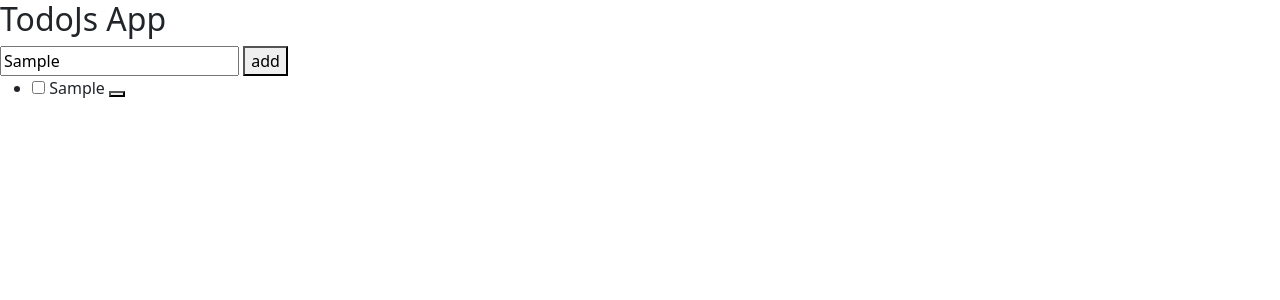
Repository: VladimirKasyanov/Todo
Page: index.html
The author's editor kept a copy of each file at every save. The page is drawn from the files as they stood at one save, then again after the next save.
The browser window is 1280 px wide. The pictures show the whole page.
Empty fields were first filled with sample values (such as "Sample", 5 or name@example.com).
After loading, the first visible `button.add` was clicked once.

Above is the page before, as saved 2024-05-16 17:17:23.
Console error: TypeError: Cannot read properties of undefined (reading 'removeButton')

### index.html
<!doctype html>
<html lang="en">
  <head>
    <meta charset="utf-8">
    <meta name="viewport" content="width=device-width, initial-scale=1">
    <title>Bootstrap demo</title>
    <link href="https://cdn.jsdelivr.net/npm/bootstrap@5.3.3/dist/css/bootstrap.min.css" rel="stylesheet" integrity="sha384-QWTKZyjpPEjISv5WaRU9OFeRpok6YctnYmDr5pNlyT2bRjXh0JMhjY6hW+ALEwIH" crossorigin="anonymous">
  </head>
  <body>
    <div>
    <h2>TodoJs App</h2>
    <form action="">
      <input type="text" name="" class="input__box">
      <button class="add" >add</button>
    </form>
      <div class="todo__li">
       <ul class="list">
        <!-- <li>123</li>
        <li>123</li>
        <li>123</li>
        <li>123</li>  -->
       </ul>
      </div>
    </div>
    <script src="https://cdn.jsdelivr.net/npm/bootstrap@5.3.3/dist/js/bootstrap.bundle.min.js" integrity="sha384-YvpcrYf0tY3lHB60NNkmXc5s9fDVZLESaAA55NDzOxhy9GkcIdslK1eN7N6jIeHz" crossorigin="anonymous"></script>
    <script src="todo.js"></script>
  </body>
</html>

### todo.js
// const form = document.querySelector('form');
const inputBox = document.querySelector('.input__box')
const addButton = document.querySelector('.add')
const list = document.querySelector('.list')
const listItem = document.createElement('li')
const newButton = document.createElement('button')


let todoList = [];

const name1 = (event) => {
    event.preventDefault();
    let newTodo = {
        description : inputBox.value,
        checked : false,
        remove : false,
        id : Date.now()
    };
    todoList.push(newTodo);
    console.log(todoList);
    displayList(todoList);
    removeTask(todoList);
    // allTask(todoList)
};

const displayList = (arr) => {
    list.innerHTML = '';
        arr.forEach((item, i) => {
            list.innerHTML +=
        `<li>
            <input type='checkbox' id='item_${i}'${item.checked ? 'checked' : ''}>
            <label for='item_${i}'>${item.description} </label>
                <button onClick='removeTask(this)' class = 'deleted'>
                </button>
        </li>`;
        // todo.innerHTML = displayList;
           });



};




const removeTask = (event) => {
    removeButton = document.querySelector('.delete');
    event.target.removeButton;

    // todoList.remove()
    // todoList.splice()

};


const checkAll = () => {

}

// const allTask = (counter) => {
//     if (todoList >= 0);
//         counter += 1;
//         createElement('button');
// }

addButton.addEventListener('click', name1);
newButton.addEventListener('click', removeTask)

After the next save:
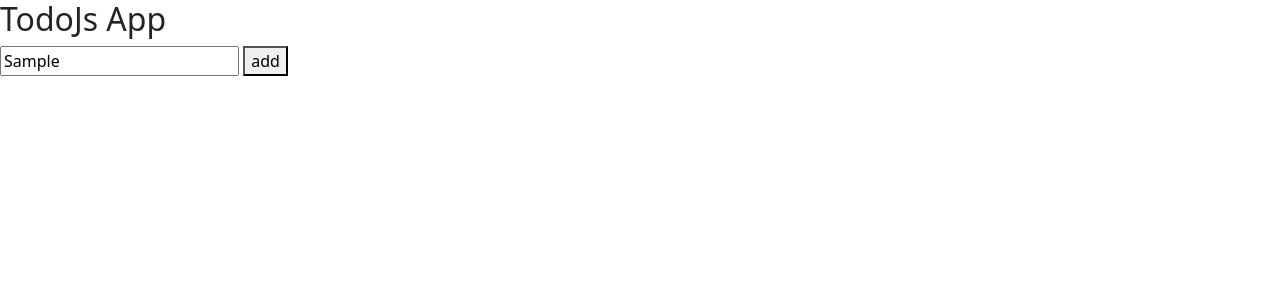
Console error: ReferenceError: id is not defined
Saved 7 min 43 s later.
--- a/todo.js
+++ b/todo.js
@@ -30,7 +30,7 @@
         `<li>
             <input type='checkbox' id='item_${i}'${item.checked ? 'checked' : ''}>
             <label for='item_${i}'>${item.description} </label>
-                <button onClick='removeTask(this)' class = 'deleted'>
+                <button onClick='removeTask(this)' class = 'deleted' ${id}>
                 </button>
         </li>`;
         // todo.innerHTML = displayList;

After the save that followed:
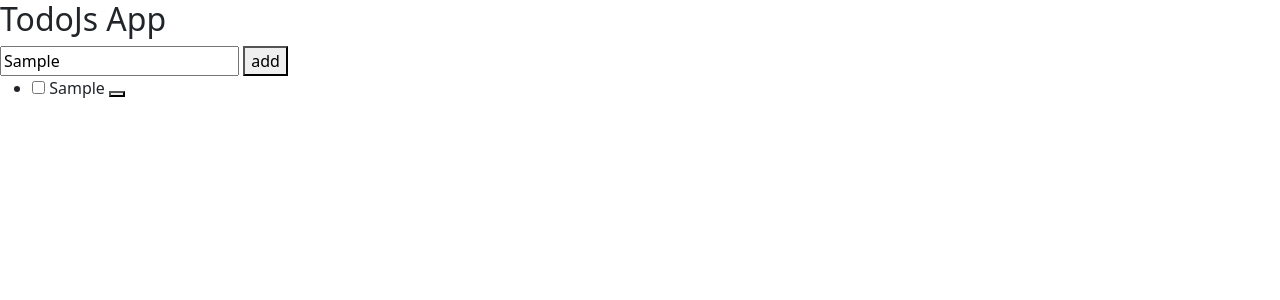
Console error: TypeError: Cannot read properties of undefined (reading 'removeButton')
Saved 13 min 15 s later.
--- a/todo.js
+++ b/todo.js
@@ -13,7 +13,6 @@
     let newTodo = {
         description : inputBox.value,
         checked : false,
-        remove : false,
         id : Date.now()
     };
     todoList.push(newTodo);
@@ -30,7 +29,7 @@
         `<li>
             <input type='checkbox' id='item_${i}'${item.checked ? 'checked' : ''}>
             <label for='item_${i}'>${item.description} </label>
-                <button onClick='removeTask(this)' class = 'deleted' ${id}>
+                <button onClick=removeTask() id = 'deleted'>
                 </button>
         </li>`;
         // todo.innerHTML = displayList;
@@ -46,7 +45,8 @@
 const removeTask = (event) => {
     removeButton = document.querySelector('.delete');
     event.target.removeButton;
-
+    let indexDelete = todoList.findIndex((element)=>element.id === event.target.id)
+    console.log(indexDelete)
     // todoList.remove()
     // todoList.splice()
 
